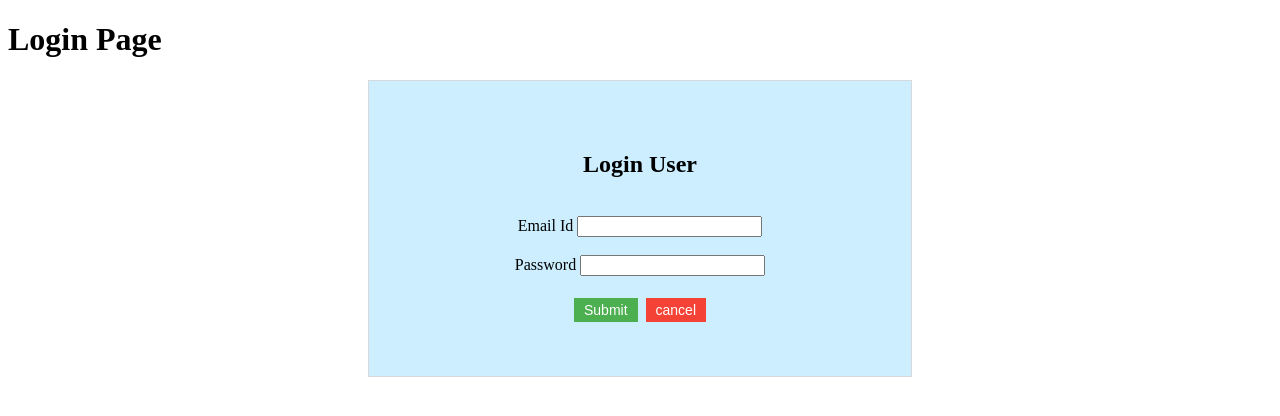
Repository: ashwinipatil321/ServletPrograms
Page: http://localhost/loginAndRegisterServlet/login.jsp
An editor plug-in stored every save of this project. The page is shown before and after the next save, followed by the edit.
The browser window is 1280 px wide. The pictures show the whole page.
The page is served by Tomcat 9. Other server files are loaded and not shown.

Above is the page before, as saved 2017-11-07 05:04:53.

### loginAndRegisterServlet/WebContent/login.jsp
<%@ page language="java" contentType="text/html; charset=UTF-8"
	pageEncoding="UTF-8"%>
<!DOCTYPE html PUBLIC "-//W3C//DTD HTML 4.01 Transitional//EN" "http://www.w3.org/TR/html4/loose.dtd">
<html>
<head>
<meta http-equiv="Content-Type" content="text/html; charset=UTF-8">
<title> welcome Login page</title>
<style type="text/css">
center{
border:1px solid #D5D8DC;
padding:50px;
margin:auto;
background-color:#CCEEFF;
width:35%;
}

.button {
    background-color: #4CAF50; /* Green */
    border: none;
    color: white;
    padding: 4px 10px;
    text-align: center;
    text-decoration: none;
    display: inline-block;
    font-size: 14px;
    margin: 4px 2px;
    cursor: pointer
}
.button1 {
    background-color: #f44336;
    border:none;
    color: white;
    padding: 4px 10px;
    text-align: center;
    text-decoration: none;
    display: inline-block;
    font-size: 14px;
    margin: 4px 2px;
    cursor: pointer
}
</style>
</head>

<body>
	<h1>Login Page</h1>
	<center>
		<h2>Login User</h2>
		<form action="Login" method="post"><br />
			 Email Id
			<input type="text" name="emailId"> <br /><br>
			 Password
			<input type="password" name="password"> <br /><br>
			<input type="submit" value="Submit" class="button">
			 <a href="Register.jsp">
			 <input type="button" value="cancel" class="button1"></a>
		</form>
	</center>
</body>
</html>

After the next save:
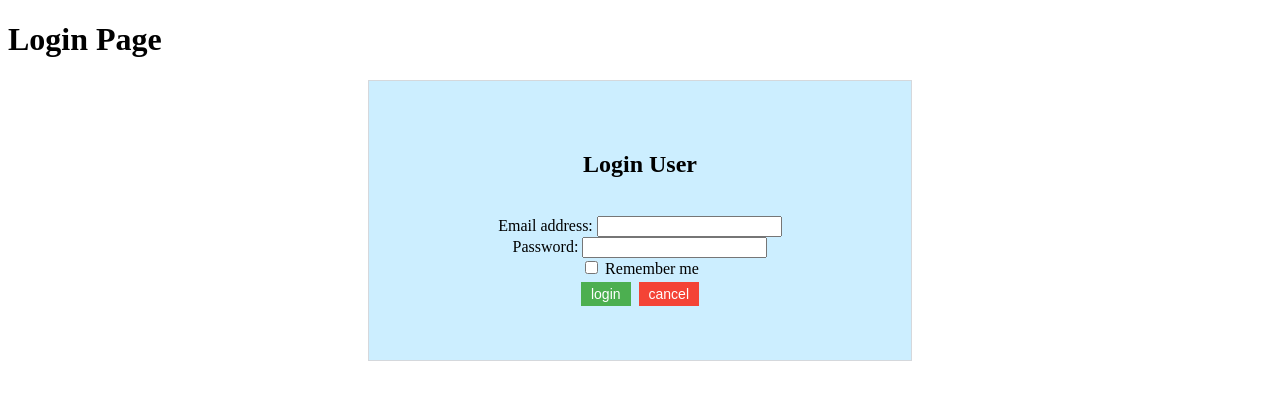
Saved 8 min 1 s later.
--- a/loginAndRegisterServlet/WebContent/login.jsp
+++ b/loginAndRegisterServlet/WebContent/login.jsp
@@ -46,13 +46,29 @@ width:35%;
 	<center>
 		<h2>Login User</h2>
 		<form action="Login" method="post"><br />
-			 Email Id
+			 <!-- Email Id
 			<input type="text" name="emailId"> <br /><br>
 			 Password
 			<input type="password" name="password"> <br /><br>
 			<input type="submit" value="Submit" class="button">
 			 <a href="Register.jsp">
+			 <input type="button" value="cancel" class="button1"></a> -->
+			  <form>
+  <div class="form-group">
+    <label for="email">Email address:</label>
+    <input type="email" class="form-control" id="email">
+  </div>
+  <div class="form-group">
+    <label for="pwd">Password:</label>
+    <input type="password" class="form-control" id="pwd">
+  </div>
+  <div class="checkbox">
+    <label><input type="checkbox"> Remember me</label>
+  </div>
+  <button type="submit" class="button">login</button>
+  <a href="Register.jsp">
 			 <input type="button" value="cancel" class="button1"></a>
+</form>
 		</form>
 	</center>
 </body>
